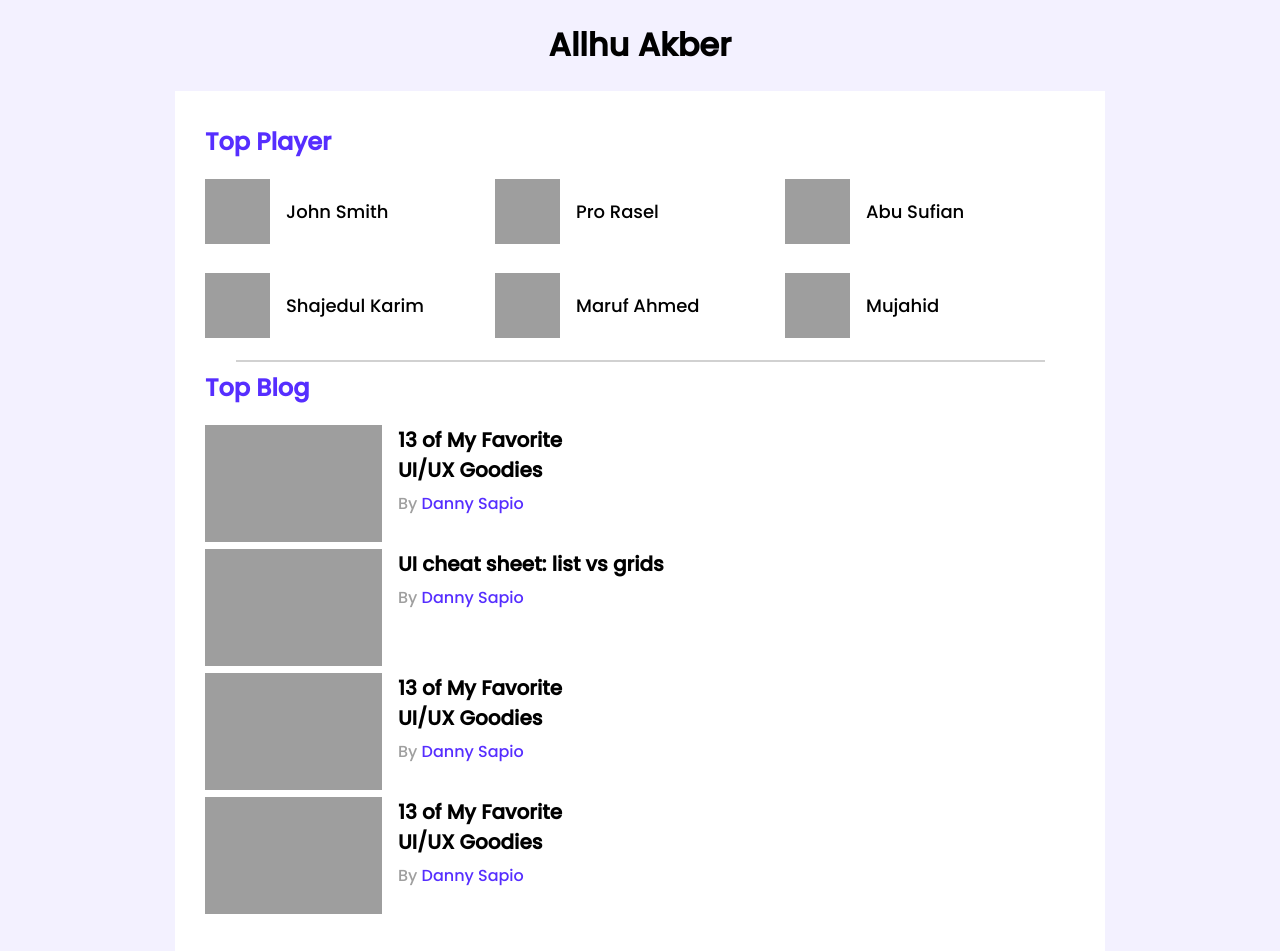
Repository: zjria/leader-board
Page: index.html
The author's editor kept a copy of each file at every save. The page is drawn from the files as they stood at one save, then again after the next save.
The browser window is 1280 px wide. The pictures show the whole page.
Pictures or frames that could not be fetched are drawn as grey boxes.

Above is the page before, as saved 2022-09-04 08:37:04.

After the next save:
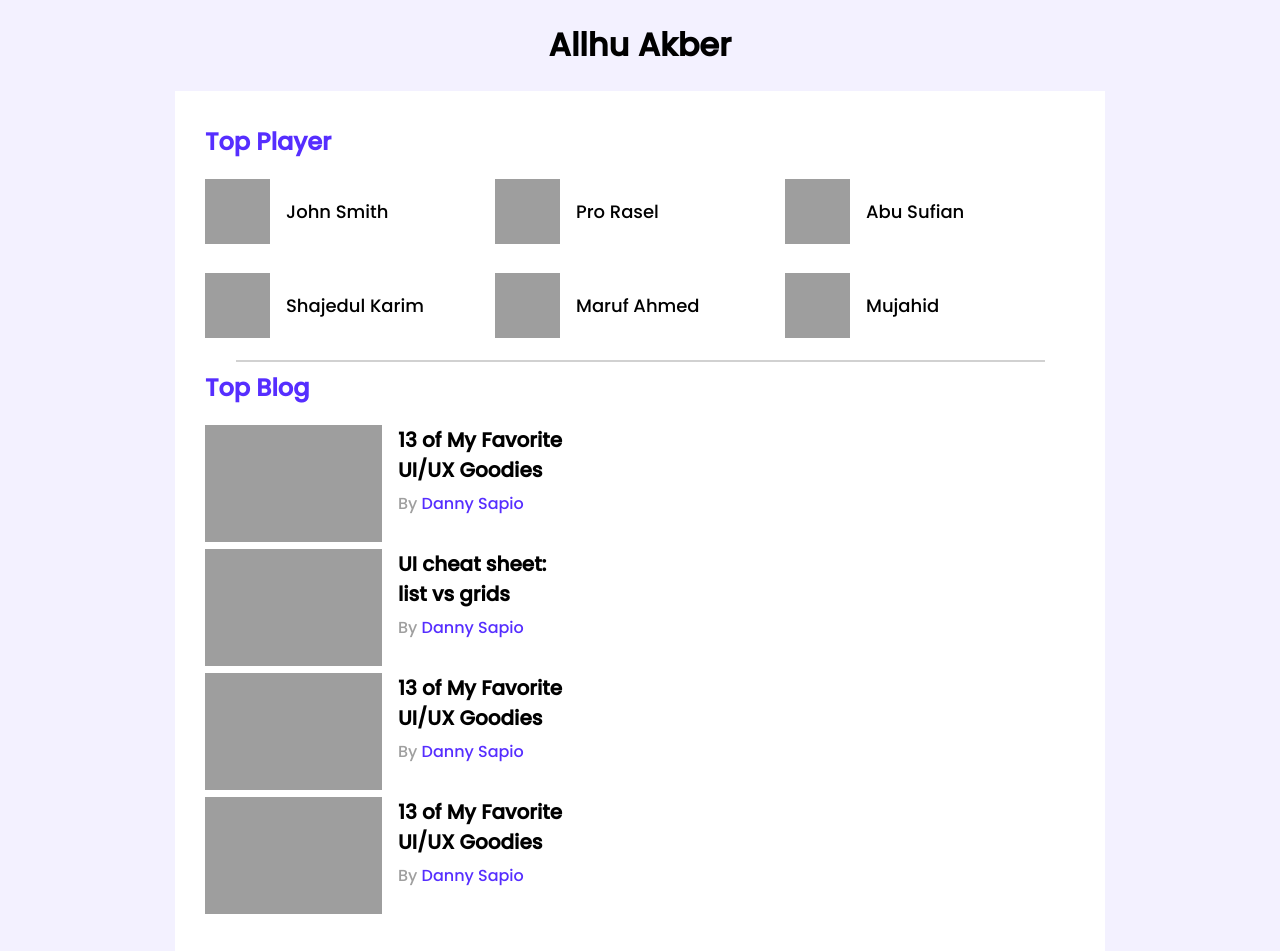
Saved 10 s later.
--- a/index.html
+++ b/index.html
@@ -67,7 +67,7 @@
                         <img src="images/blogs/blog-2.png" alt="">
                     </div>
                     <div class="blog-contain">
-                        <h2>UI cheat sheet:
+                        <h2>UI cheat sheet: <br>
                             list vs grids</h2>
                         <p class="blog-auther">By <a href="">Danny Sapio</a></p>
                     </div>
